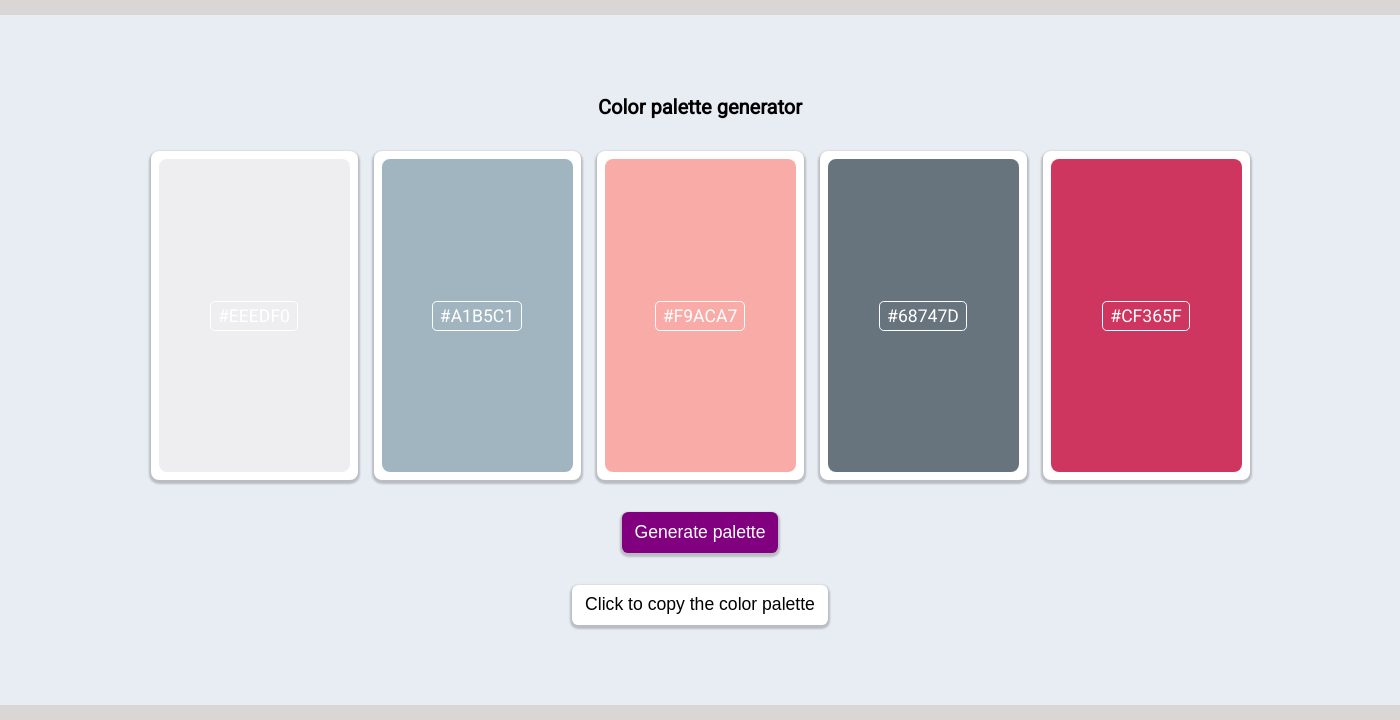
Repository: Hcmwebs/Color-Palette-Generator
Page: index.html
An editor plug-in stored every save of this project. The page is shown before and after the next save, followed by the edit.
The browser window is 1280 px wide. The page is 1400 px wide, then 1280 px, so the pictures cover 1400 px, including what lies to the right of the window. The pictures show the whole page.

Above is the page before, as saved 2020-10-23 11:17:30.

After the next save:
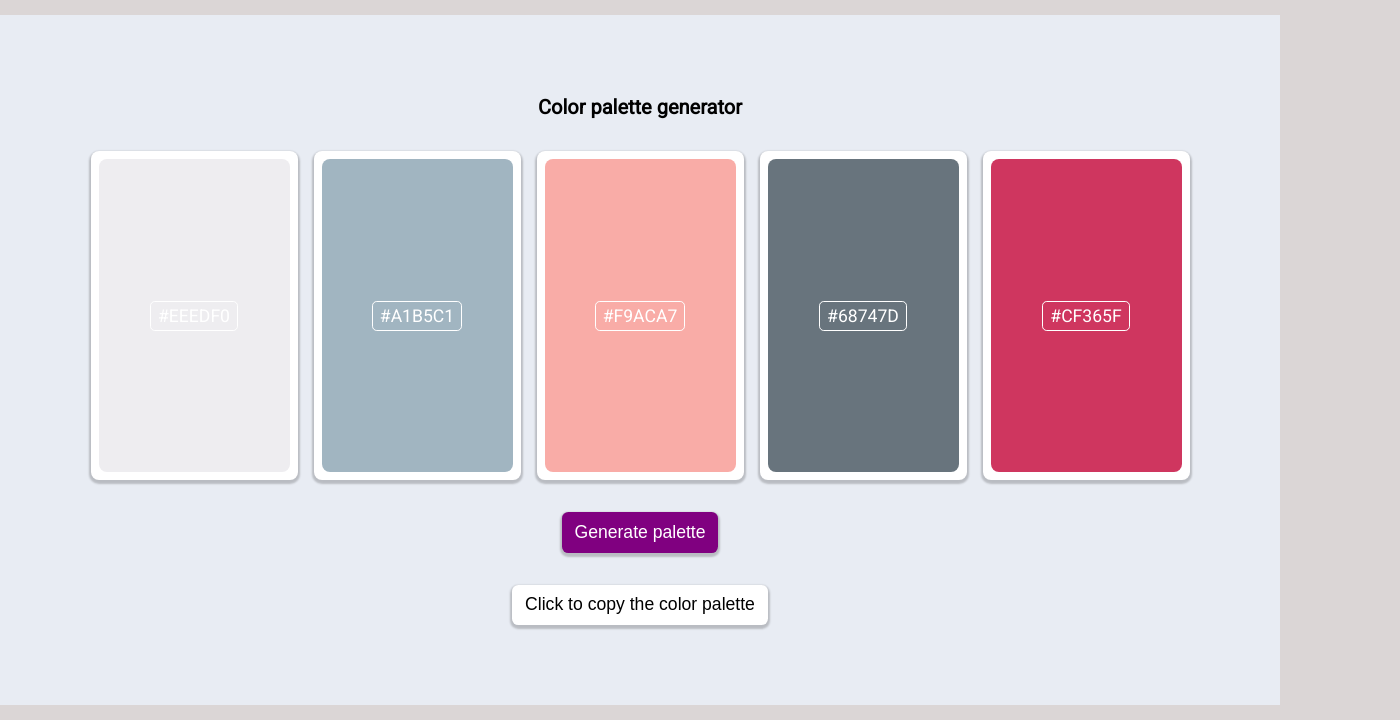
Saved 60 s later.
--- a/styles.css
+++ b/styles.css
@@ -46,8 +46,8 @@ button:hover{
 }
 
 .container {
-  width: 1400px;
-  max-width: 100%;
+  width: 100%;
+  max-width: 1440px;
   overflow: hidden;
   margin: auto;
   padding: 3rem 0;
